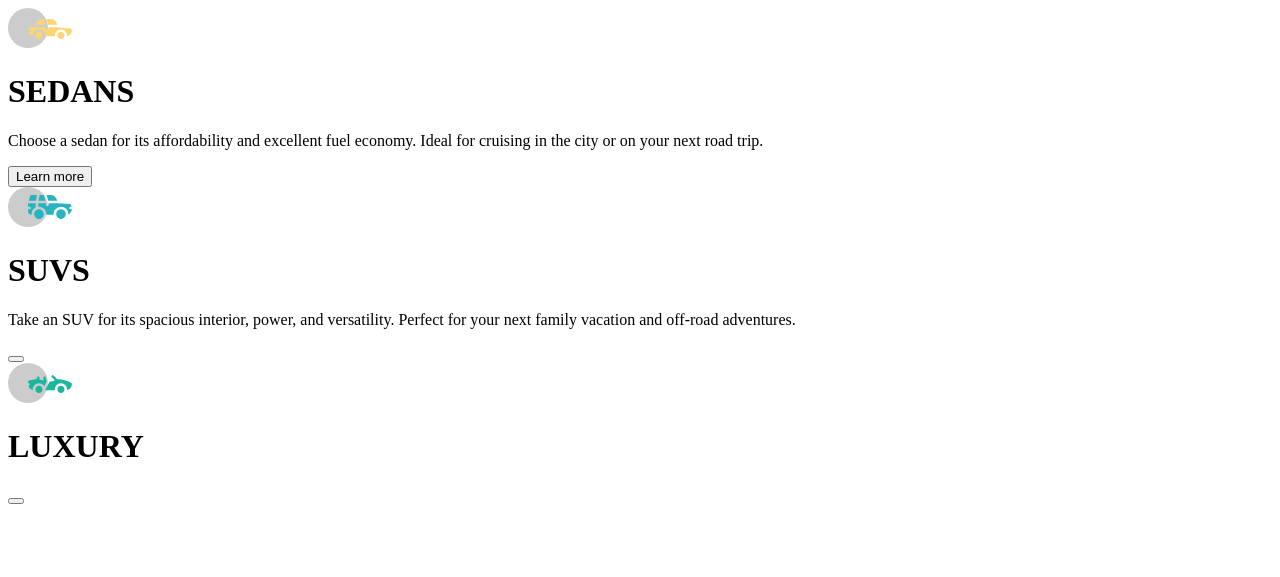
Repository: Pawan-pediredla/frontend-mentors
Page: 3-column-preview-card-component/3-column-preview-card-component-main/markup/index.html
These files come from the project's save history. The page is drawn as it stood at one moment and after a run of saves; the edit follows.
The browser window is 1280 px wide. The pictures show the whole page.

Above is the page before, as saved 2024-06-22 12:48:55.

After the next 2 saves:
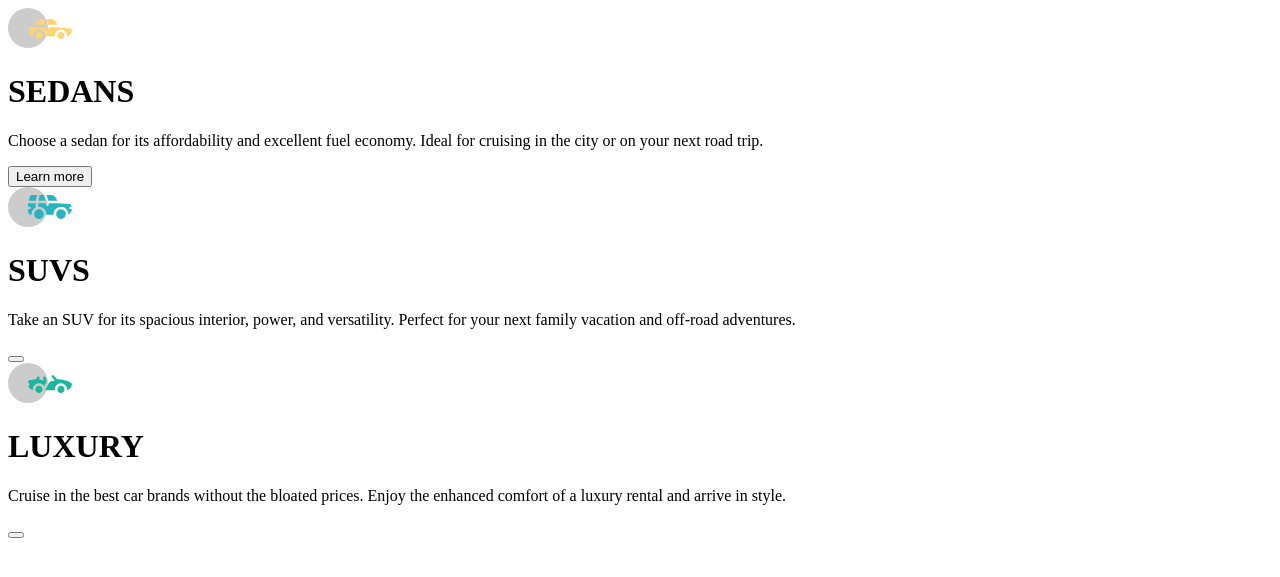
The 2 saves are shown as one change because they came seconds apart.
The last was saved 17 s later.
--- a/3-column-preview-card-component/3-column-preview-card-component-main/markup/index.html
+++ b/3-column-preview-card-component/3-column-preview-card-component-main/markup/index.html
@@ -37,7 +37,10 @@
     <div class="box" id="luxury">
       <img src="../images/icon-luxury.svg" alt="luxury-img"/>
       <h1>LUXURY</h1>
-      <p></p>
+      <p>
+        Cruise in the best car brands without the bloated prices. Enjoy the enhanced comfort of a luxury
+          rental and arrive in style.
+      </p>
       <button class="luxuryb">
 
       </button>
